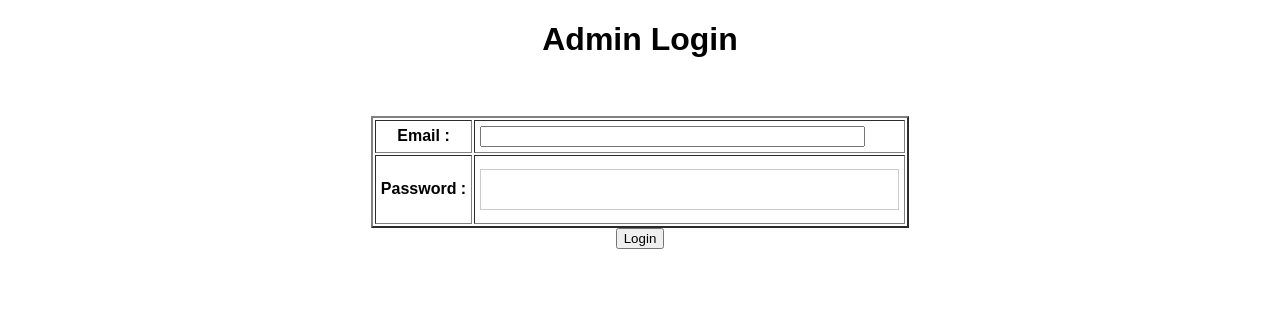
Repository: Pravesh105/FlyAway
Page: http://localhost/FlyAway/AdminLogin.jsp
An editor plug-in stored every save of this project. The page is shown before and after the next save, followed by the edit.
The browser window is 1280 px wide. The pictures show the whole page.
The page is served by Tomcat 9.

Above is the page before, as saved 2023-01-15 14:09:00.

After the next save:
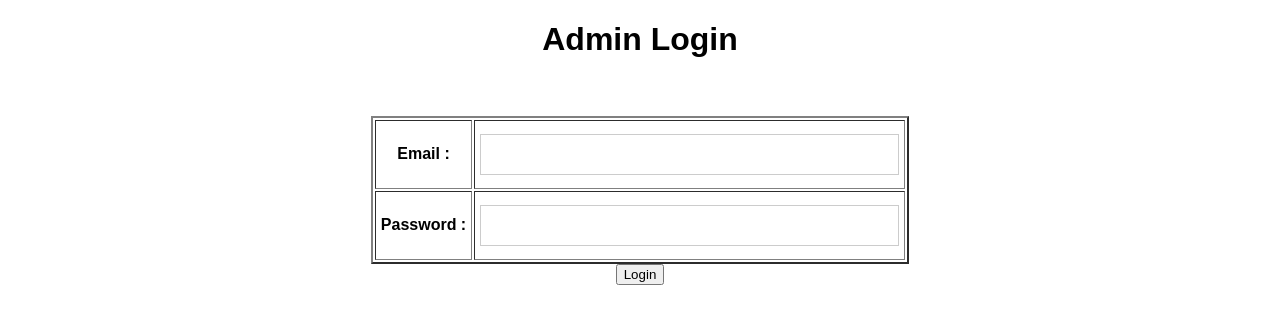
Saved 78 s later.
--- a/FlyAway/src/main/webapp/WEB-INF/style.css
+++ b/FlyAway/src/main/webapp/WEB-INF/style.css
@@ -1,6 +1,14 @@
 @charset "UTF-8";
 body {
 	font-family: Arial, Helvetica, sans-serif;
+}
+input[type=text], input[type=email] {
+  width: 100%;
+  padding: 12px 20px;
+  margin: 8px 0;
+  display: inline-block;
+  border: 1px solid #ccc;
+  box-sizing: border-box;
 }
 input[type=text], input[type=password] {
   width: 100%;
